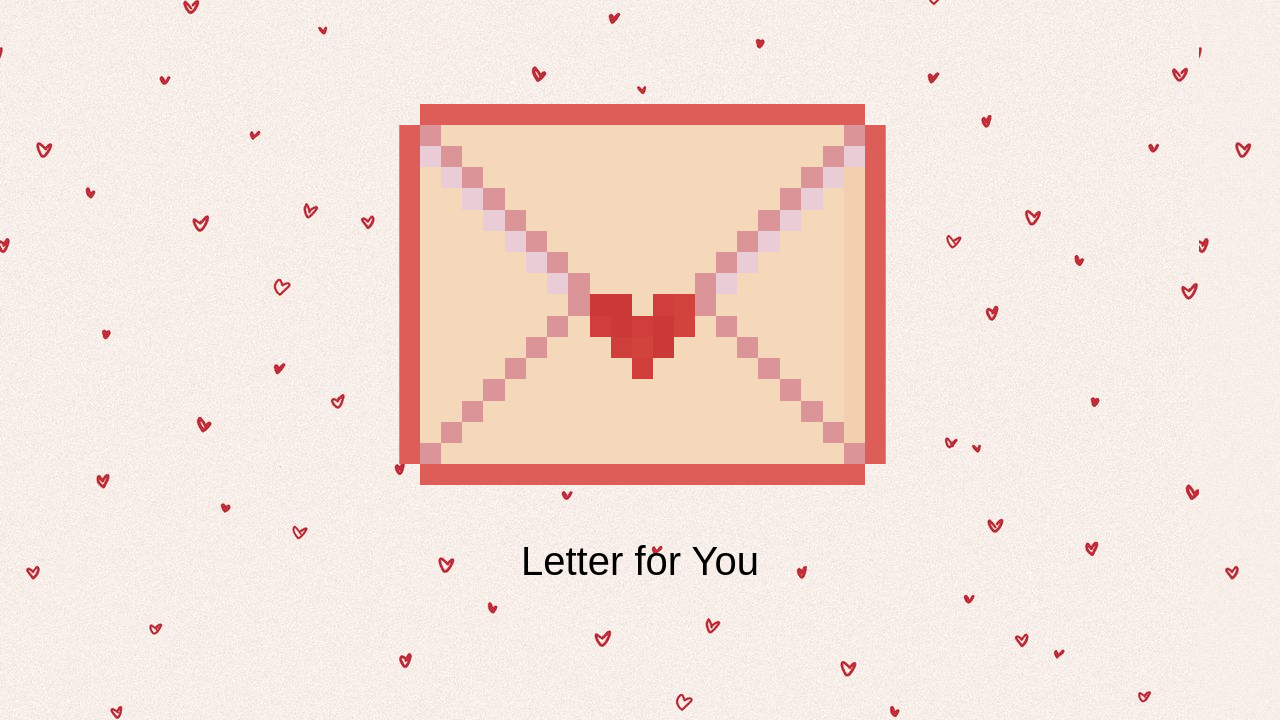
Repository: boofoo-png/valentines
Page: index.html
The author's editor kept a copy of each file at every save. The page is drawn from the files as they stood at one save, then again after the next save.
The browser window is 1280 px wide. The pictures show the whole page.
Some web fonts or font styles are not loaded; a fallback is used.

Above is the page before, as saved 2026-02-01 22:37:42.

After the next save:
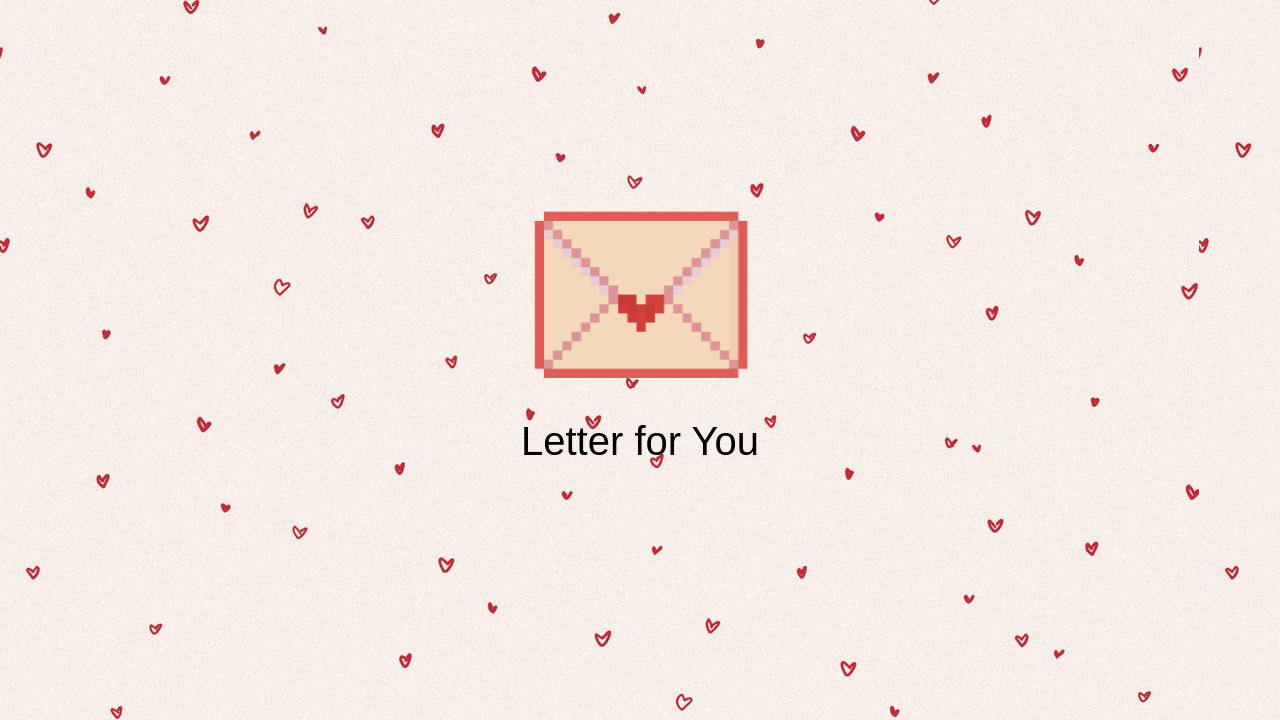
Saved 23 s later.
--- a/styles.css
+++ b/styles.css
@@ -27,7 +27,7 @@ body {
     }
 }
 
-#envelope {
+#envelope-image {
     width: 200px;
     animation: pulse 1.5s infinite;
     cursor: pointer;
